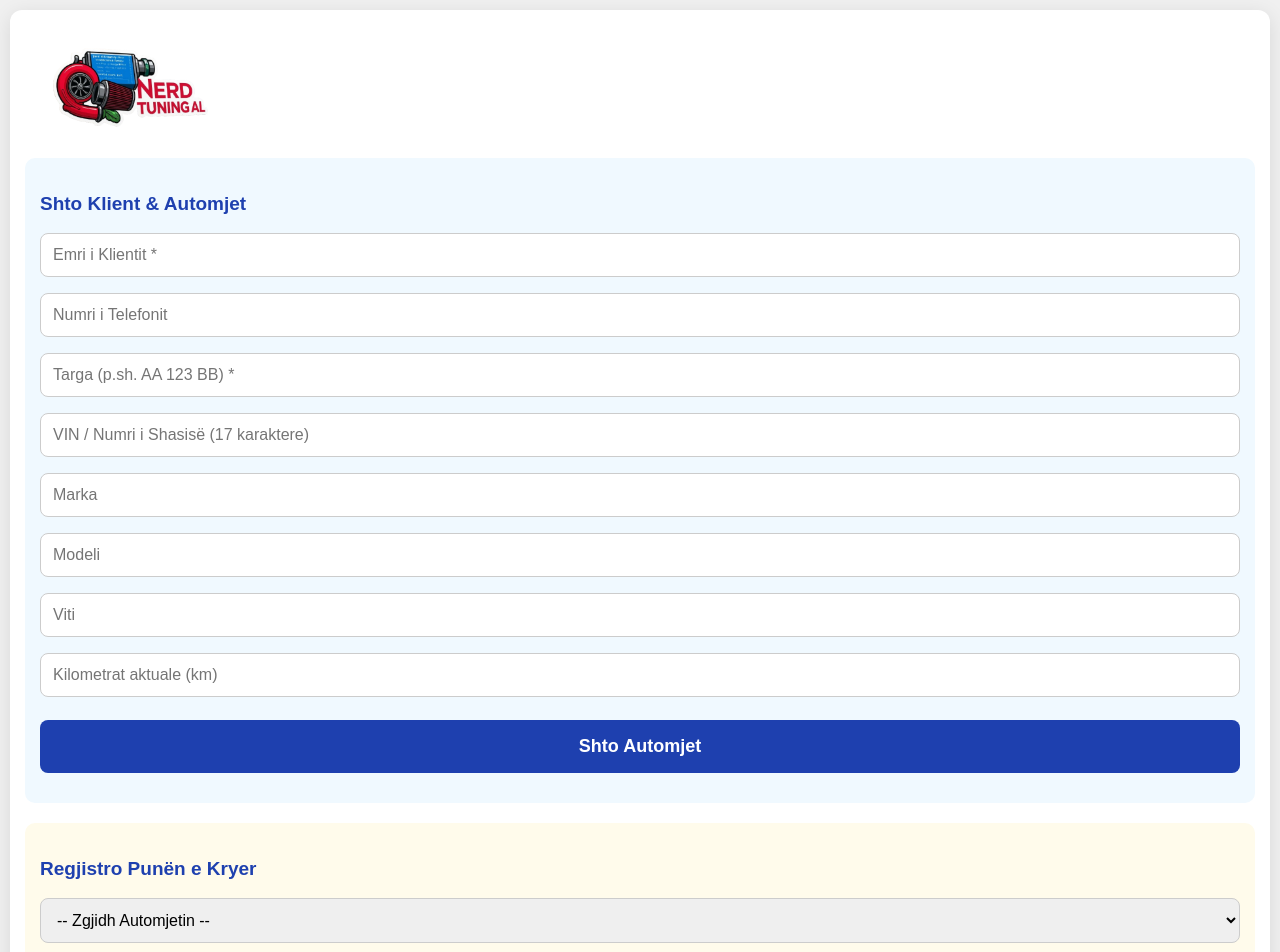
Repository: tjola/nerd_tuning_al
Page: index.html
An editor plug-in stored every save of this project. The page is shown before and after the next save, followed by the edit.
The browser window is 1280 px wide. The pictures show the part of the page from y = 0 to 952 px (the page is 2203 px tall before and 2143 px after).
A picture or video elsewhere on the page could not be fetched, so the positions and the page height are approximate.

Above is the page before, as saved 2025-12-01 14:25:18.

### index.html
<html lang="sq">
<head>
<meta charset="UTF-8">
<meta name="viewport" content="width=device-width, initial-scale=1.0">
<title>Nerd tuning AL</title>
<style>
  body { font-family: Arial, sans-serif; margin:0; padding:0; background:#f0f0f0; }
  .container { max-width:100%; margin:10px; padding:15px; background:white; border-radius:12px; box-shadow:0 4px 20px rgba(0,0,0,0.1); }
  h1 { text-align:center; color:#1e40af; margin:10px 0 15px; font-size:24px; }
  h2 { color:#1e40af; font-size:19px; margin:20px 0 10px; }
  input, select, textarea, button {
    width:100%; padding:12px; margin:8px 0; font-size:16px;
    border:1px solid #ccc; border-radius:8px; box-sizing:border-box;
  }
  button {
    background:#1e40af; color:white; border:none; font-weight:bold;
    padding:16px; margin:15px 0; font-size:18px;
  }
  .btn-green { background:#16a34a; }
  .btn-red { background:#dc2626; }
  .btn-cyan { background:#0d9488; }
  table { width:100%; border-collapse:collapse; margin:15px 0; font-size:14px; }
  th, td { border:1px solid #999; padding:10px; text-align:left; }
  th { background:#1e40af; color:white; }
  .work-item { background:#f3f4f6; padding:10px; margin:6px 0; border-radius:6px; font-size:14px; }
  .footer { text-align:center; padding:20px; background:#1e40af; color:white; margin-top:30px; border-radius:0 0 12px 12px; }
</style>
</head>
<body>
<div class="container">
   <img src="/img/nerd_logo-removebg-preview.png" style="width: 200px; align: center">

  <!-- Shto Automjet -->
  <div style="background:#f0f9ff; padding:15px; border-radius:10px; margin-bottom:20px;">
    <h2>Shto Klient & Automjet</h2>
    <input type="text" id="clientName" placeholder="Emri i Klientit *" required>
    <input type="text" id="clientPhone" placeholder="Numri i Telefonit">
    <input type="text" id="carPlate" placeholder="Targa (p.sh. AA 123 BB) *" required>
    <input type="text" id="carVin" placeholder="VIN / Numri i Shasisë (17 karaktere)">
    <input type="text" id="carMake" placeholder="Marka">
    <input type="text" id="carModel" placeholder="Modeli">
    <input type="number" id="carYear" placeholder="Viti">
    <input type="number" id="carKm" placeholder="Kilometrat aktuale (km)">
    <button onclick="addCar()">Shto Automjet</button>
  </div>

  <!-- Regjistro Punë -->
  <div style="background:#fffbeb; padding:15px; border-radius:10px; margin-bottom:20px;">
    <h2>Regjistro Punën e Kryer</h2>
    <select id="workCarSelect"><option>-- Zgjidh Automjetin --</option></select>
    <textarea id="workDescription" placeholder="Çfarë u bë? (ndërrim vaji, frena, goma...)" rows="3"></textarea>
    <input type="number" id="workCost" placeholder="Çmimi në lekë" step="0.01">
    <input type="number" id="workKm" placeholder="Kilometrat tani (opsionale)">
    <input type="date" id="workDate">
    <button onclick="addWork()">Ruaj Punën</button>
  </div>

  <!-- Lista -->
  <div style="background:#f6ffed; padding:15px; border-radius:10px; margin-bottom:20px;">
    <h2>Të Gjithë Automjetet</h2>
    <div id="records">Nuk ka automjete ende...</div>
  </div>

  <!-- IMPORT / EXPORT -->
  <div style="text-align:center; padding:20px; background:#1e293b; color:white; border-radius:10px; margin:20px 0;">
    <h2 style="color:#fbbf24;">Import & Export të Dhënash</h2>
    <button class="btn-green" onclick="exportData()">EXPORT (Shkarko të gjitha të dhënat)</button>
    <button class="btn-red" onclick="document.getElementById('importFile').click()">
      IMPORT (Ngarko nga skedar)
    </button>
    <input type="file" id="importFile" style="display:none" accept=".txt,.json" onchange="importData(event)">
    <p style="margin:10px 0 0; font-size:14px;">
      Skedari ruhet si <strong>garazh-backup-dd-mm-yyyy.txt</strong>
    </p>
  </div>
</div>

<div class="footer">
  Garazh Auto © 2025 | Version për Celular | VIN + KM + Import/Export
</div>

<script>
let cars = [];

// Ngarko të dhënat kur hapet faqja
window.onload = () => {
  const saved = localStorage.getItem('garazh_v2');
  if (saved) {
    try { cars = JSON.parse(saved); }
    catch(e) { console.log("Të dhëna të vjetra të dëmtuara"); }
  }
  displayRecords();
  updateCarSelect();
};

// Ruaj në localStorage
function saveData() {
  localStorage.setItem('garazh_v2', JSON.stringify(cars));
}

// Shto automjet
function addCar() {
  const emri = document.getElementById('clientName').value.trim();
  const tel = document.getElementById('clientPhone').value.trim();
  const targa = document.getElementById('carPlate').value.trim().toUpperCase();
  const vin = document.getElementById('carVin').value.trim().toUpperCase();
  const km = document.getElementById('carKm').value || "0";

  if (!emri || !targa) return alert("Emri dhe Targa janë të detyrueshme!");

  if (cars.some(c => c.plate === targa)) return alert("Kjo targë ekziston tashmë!");

  cars.push({
    plate: targa,
    vin: vin || "—",
    make: document.getElementById('carMake').value.trim() || "—",
    model: document.getElementById('carModel').value.trim() || "—",
    year: document.getElementById('carYear').value || "—",
    km: parseInt(km) || 0,
    client: { name: emri, phone: tel || "—" },
    works: []
  });

  // Pastro formën
  "clientName clientPhone carPlate carVin carMake carModel carYear carKm".split(" ").forEach(id =>
    document.getElementById(id).value = ""
  );

  saveData();
  displayRecords();
  updateCarSelect();
  alert("Automjeti u shtua me sukses!");
}

// Shto punë
function addWork() {
  const targa = document.getElementById('workCarSelect').value;
  const pershkrim = document.getElementById('workDescription').value.trim();
  const cmimi = parseFloat(document.getElementById('workCost').value) || 0;
  const kmTani = document.getElementById('workKm').value;
  const data = document.getElementById('workDate').value || new Date().toISOString().split('T')[0];

  if (!targa || !pershkrim) return alert("Zgjidh automjetin dhe shkruaj punën!");

  const car = cars.find(c => c.plate === targa);
  car.works.push({
    date: data,
    description: pershkrim,
    cost: cmimi,
    km: kmTani ? parseInt(kmTani) : null
  });

  // Përditëso kilometrat aktuale të makinës nëse u plotësua
  if (kmTani) car.km = parseInt(kmTani);

  document.getElementById('workDescription').value = '';
  document.getElementById('workCost').value = '';
  document.getElementById('workKm').value = '';
  document.getElementById('workDate').value = '';

  saveData();
  displayRecords();
  alert("Puna u ruajt!");
}

// Përditëso dropdown
function updateCarSelect() {
  const sel = document.getElementById('workCarSelect');
  sel.innerHTML = '<option>-- Zgjidh Automjetin --</option>';
  cars.forEach(car => {
    const opt = new Option(`${car.plate} | ${car.vin.substring(0,8)}... | ${car.make} ${car.model} (${car.client.name})`, car.plate);
    sel.add(opt);
  });
}

// Shfaq tabelën
function displayRecords() {
  const div = document.getElementById('records');
  if (cars.length === 0) {
    div.innerHTML = "<p style='text-align:center; color:#666;'>Nuk ka automjete ende. Shto njërin më sipër!</p>";
    return;
  }

  let html = '<table><tr><th>Targa</th><th>VIN</th><th>Automjeti</th><th>Klienti</th><th>KM</th><th>Puna</th><th>Total</th></tr>';
  cars.forEach(car => {
    const total = car.works.reduce((s,w) => s + w.cost, 0).toFixed(0);
    let puna = car.works.length ? '' : '<em>Pa punë</em>';
    car.works.forEach(w => {
      const kmText = w.km ? ` (${w.km} km)` : '';
      puna += `<div class="work-item"><strong>${w.date}</strong>: ${w.description}${kmText} — ${w.cost} lekë</div>`;
    });
    html += `<tr>
      <td><strong>${car.plate}</strong></td>
      <td>${car.vin}</td>
      <td>${car.year} ${car.make} ${car.model}</td>
      <td>${car.client.name}<br><small>${car.client.phone}</small></td>
      <td>${car.km.toLocaleString()} km</td>
      <td>${puna}</td>
      <td><strong>${total} lekë</strong></td>
    </tr>`;
  });
  html += '</table>';
  div.innerHTML = html;
}

// EXPORT – shkarkon skedar të bukur të lexueshëm
function exportData() {
  let text = "GARAZH AUTO - TË DHËNAT E PLOTA\n";
  text += "Data: " + new Date().toLocaleString('sq-AL') + "\n";
  text += "=".repeat(50) + "\n\n";

  cars.forEach((car, i) => {
    text += `${i+1}. Targa: ${car.plate}\n`;
    text += `   VIN: ${car.vin}\n`;
    text += `   Automjeti: ${car.year} ${car.make} ${car.model}\n`;
    text += `   Klienti: ${car.client.name} | ${car.client.phone}\n`;
    text += `   Kilometrat aktuale: ${car.km.toLocaleString()} km\n`;
    text += `   Total i paguar: ${car.works.reduce((s,w)=>s+w.cost,0)} lekë\n`;
    text += `   Historia e punëve:\n`;
    if (car.works.length === 0) text += "      — Ende pa punë\n";
    else {
      car.works.forEach(w => {
        const km = w.km ? ` (${w.km} km)` : '';
        text += `      • ${w.date}: ${w.description}${km} — ${w.cost} lekë\n`;
      });
    }
    text += "-".repeat(40) + "\n\n";
  });

  const blob = new Blob([text], {type: 'text/plain;charset=utf-8'});
  const url = URL.createObjectURL(blob);
  const a = document.createElement('a');
  a.href = url;
  const date = new Date().toLocaleDateString('sq-AL').replace(/\//g, '-');
  a.download = `garazh-backup-${date}.txt`;
  a.click();
  URL.revokeObjectURL(url);
  alert("Të gjitha të dhënat u shkarkuan!");
}

// IMPORT – ngarkon nga skedari
function importData(e) {
  const file = e.target.files[0];
  if (!file) return;
  const reader = new FileReader();
  reader.onload = function(ev) {
    try {
      const content = ev.target.result;
      // Provo si JSON i vjetër
      try {
        cars = JSON.parse(content);
      } catch {
        // Nëse nuk është JSON, provo formatin e ri të lexueshëm (për momentin pranon vetëm JSON)
        alert("Përdor vetëm skedarët e shkarkuar nga ky program!");
        return;
      }
      saveData();
      displayRecords();
      updateCarSelect();
      alert("Të dhënat u importuan me sukses!");
    } catch(err) {
      alert("Gabim: Skedari nuk është i vlefshëm!");
    }
  };
  reader.readAsText(file);
}
</script>
<div align=center><a href='https://www.counter12.com'><img src='https://www.counter12.com/img-9ZdC2yDa50aBZZ10-3.gif' border='0' alt='counter'></a><script type='text/javascript' src='https://www.counter12.com/ad.js?id=9ZdC2yDa50aBZZ10'></script></div>
</body>
</html>

After the next save:
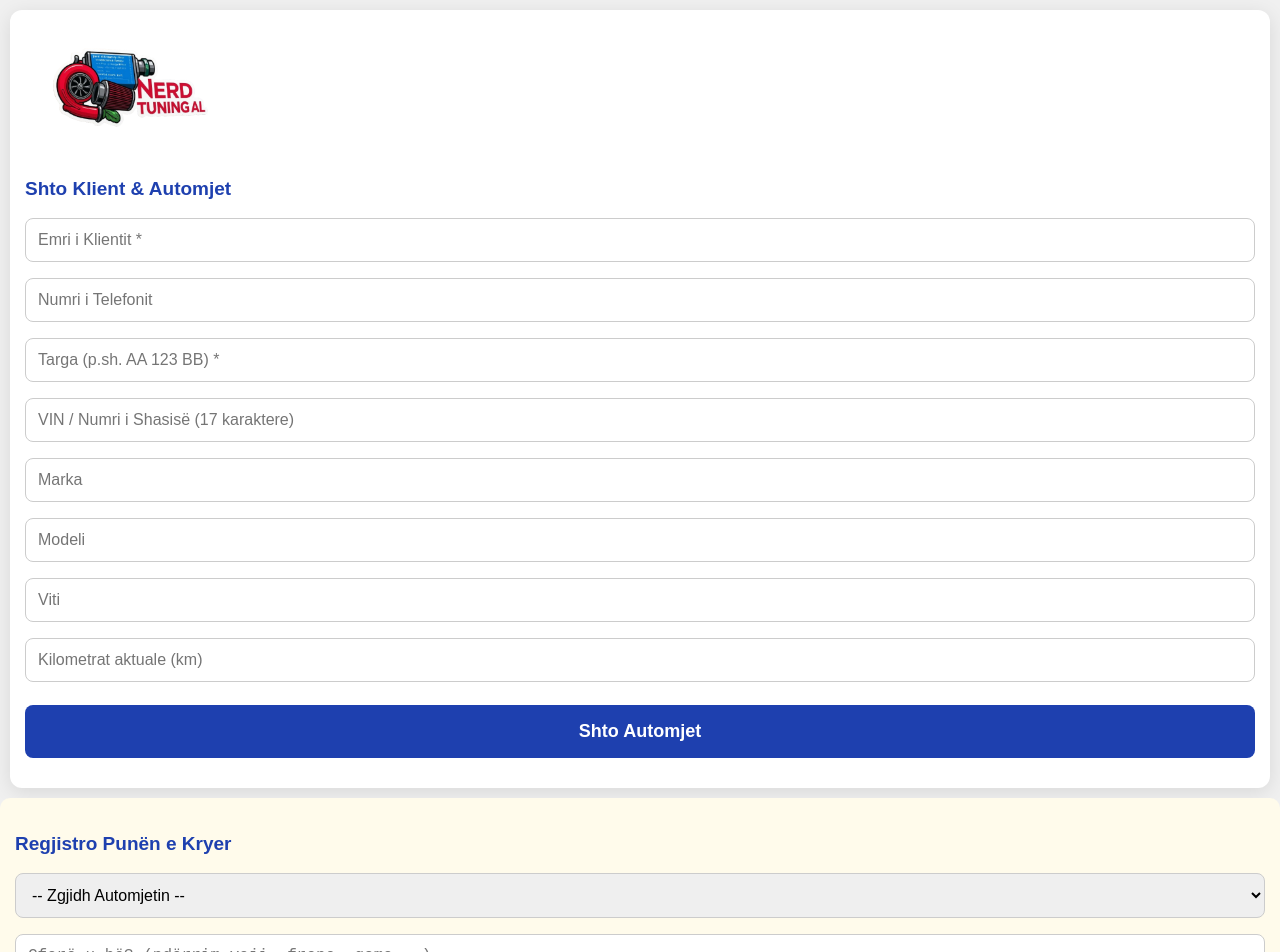
Saved 10 s later.
--- a/index.html
+++ b/index.html
@@ -28,7 +28,7 @@
 </head>
 <body>
 <div class="container">
-   <img src="/img/nerd_logo-removebg-preview.png" style="width: 200px; align: center">
+   <img src="/img/nerd_logo-removebg-preview.png" style="width: 200px; display: flex;>
 
   <!-- Shto Automjet -->
   <div style="background:#f0f9ff; padding:15px; border-radius:10px; margin-bottom:20px;">
